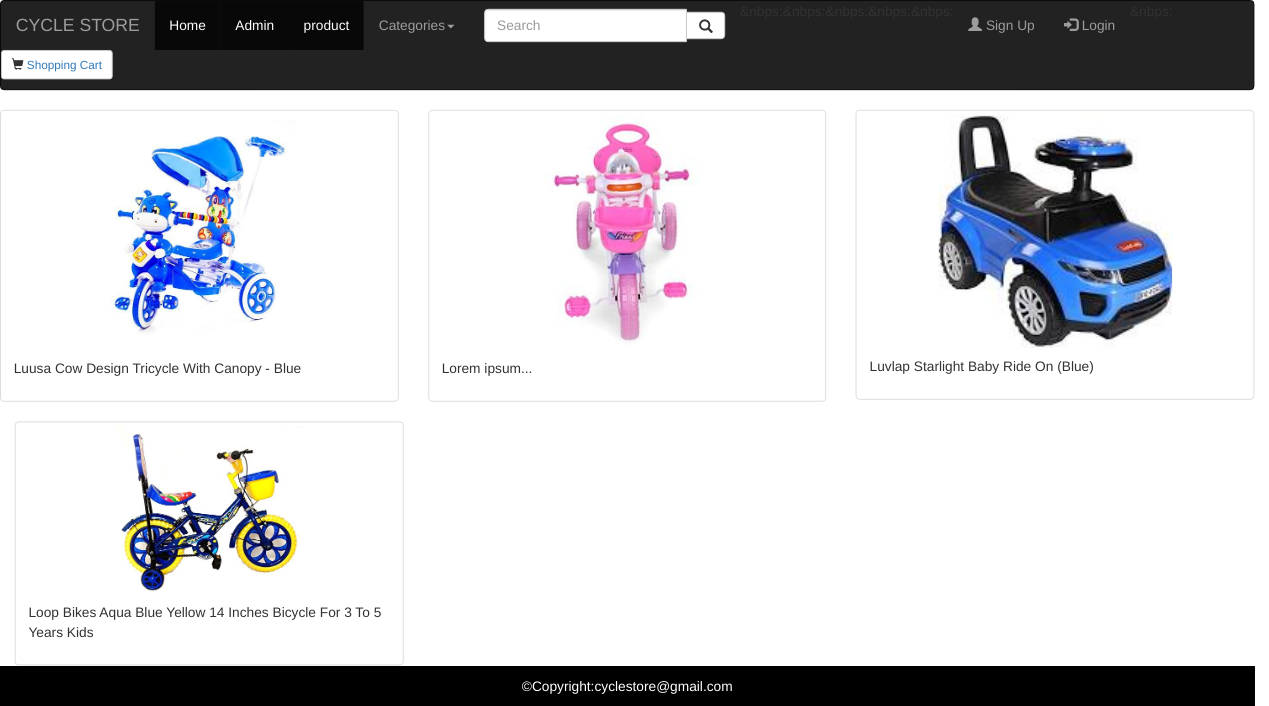
Repository: SumiyaSulaiman/project1
Page: http://localhost/cycle/kids.jsp
These files come from the project's save history. The page is drawn as it stood at one moment and after the next save; the edit follows.
The browser window is 1280 px wide. The page is 1295 px wide, so the pictures cover 1295 px, including what lies to the right of the window. The pictures show the whole page, at 98% of full size.
Some web libraries are served in a nearby version. The page is served by Tomcat 9. Nobody is signed in. The application's start-up code is not run.

Above is the page before, as saved 2017-12-21 17:07:18.

After the next save:
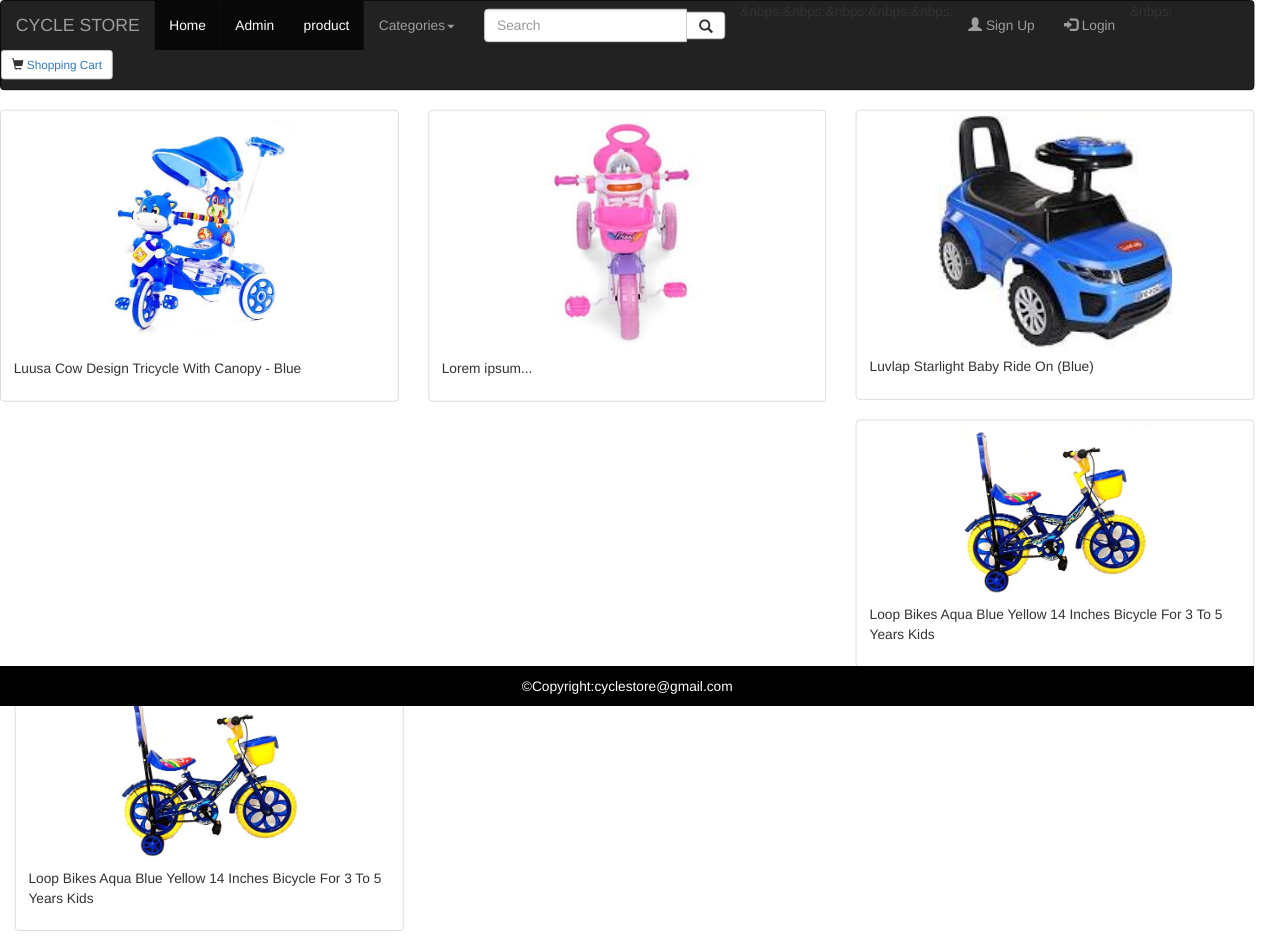
Saved 36 min 52 s later.
--- a/project/cycle/src/main/webapp/kids.jsp
+++ b/project/cycle/src/main/webapp/kids.jsp
@@ -45,6 +45,17 @@
       </a>
     </div>
   </div>
+  <div class="col-md-4">
+    <div class="thumbnail"style="width=50%;height=10%;">
+      <a href="./resources/baby4.jpg">
+        <img src="./resources/baby4.jpg">
+        <div class="caption">
+          <p>Loop Bikes Aqua Blue Yellow 14 Inches Bicycle For 3 To 5 Years Kids</p>
+        </div>
+      </a>
+    </div>
+  </div>
+
 </div>
 <div class="col-md-4">
     <div class="thumbnail"style="width=50%;height=10%;">
